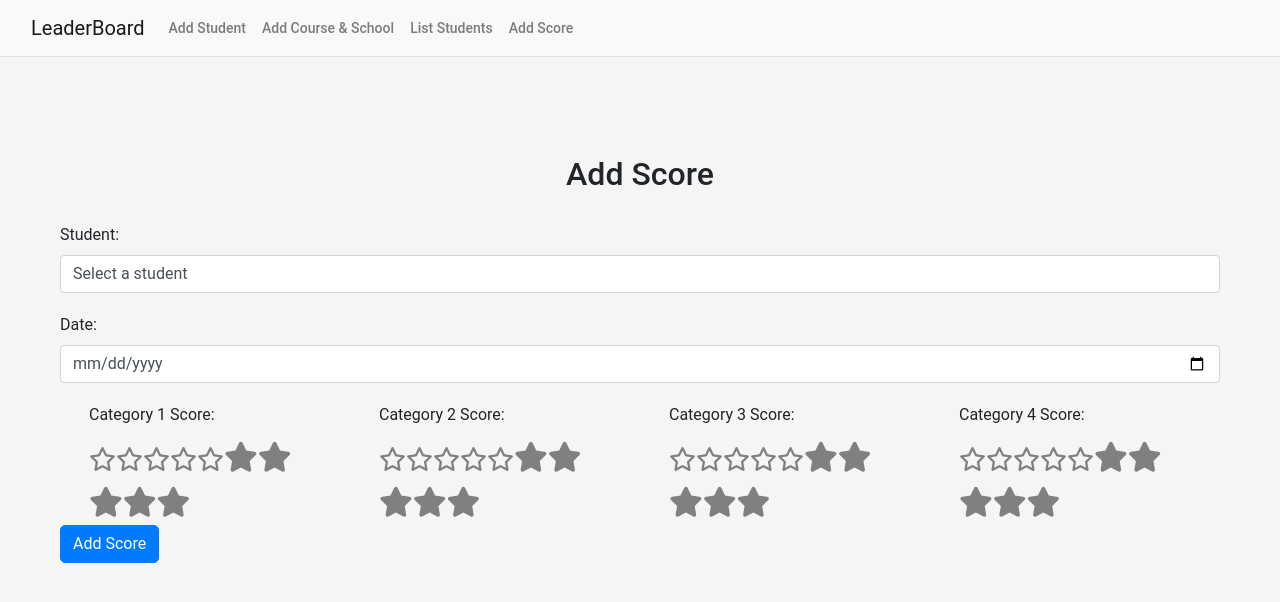
Repository: bigbodhiacademy/gBoard
Page: http://localhost/add_score.php
An editor plug-in stored every save of this project. The page is shown before and after the next save, followed by the edit.
The browser window is 1280 px wide. The pictures show the whole page.
Some web libraries are served in a nearby version. The page is run by PHP 8.4 with error messages shown; the project is at /var/www/html/. The database holds what the project's SQL file puts in it.

Above is the page before, as saved 2023-04-20 21:44:17.
Not found: scripts.js

After the next save:
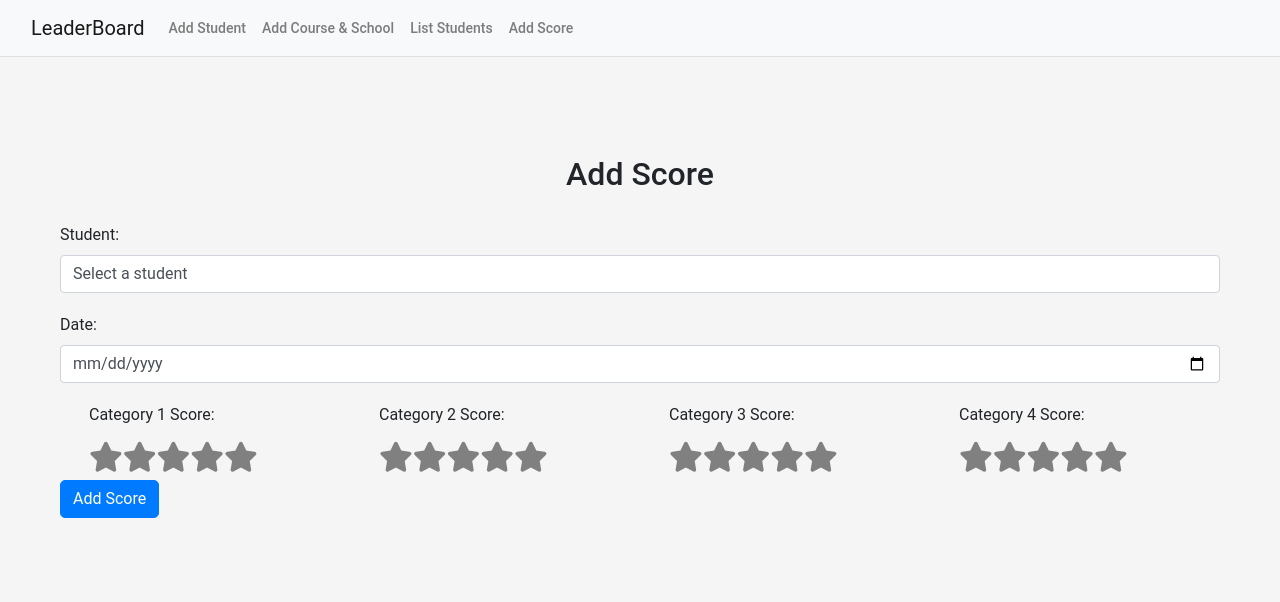
Saved 2 min 9 s later.
--- a/styles.css
+++ b/styles.css
@@ -49,7 +49,7 @@ h2 {
 }
 
 .stars:before {
-    content: '\f006 \f006 \f006 \f006 \f006';
+    /*content: '\f006 \f006 \f006 \f006 \f006';*/
     font-family: FontAwesome;
 }
 
